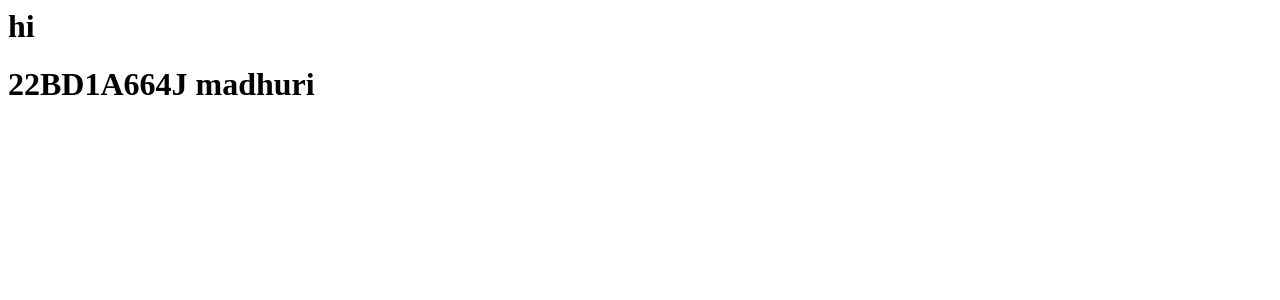
Repository: dronamadhuri/demo-project-maven2
Page: http://localhost/web-project/
The author's editor kept a copy of each file at every save. The page is drawn from the files as they stood at one save, then again after a run of saves.
The browser window is 1280 px wide. The pictures show the whole page.
The page is served by Tomcat 9.

Above is the page before, as saved 2024-11-20 10:45:44.

### web-project/src/main/webapp/index.jsp
<html>
<head>
<title>ti is me</title>
</head>
<body>
<h1>hi </h1>
<h1>22BD1A664J madhuri</h1>
</body>
</html>

After the next 2 saves:
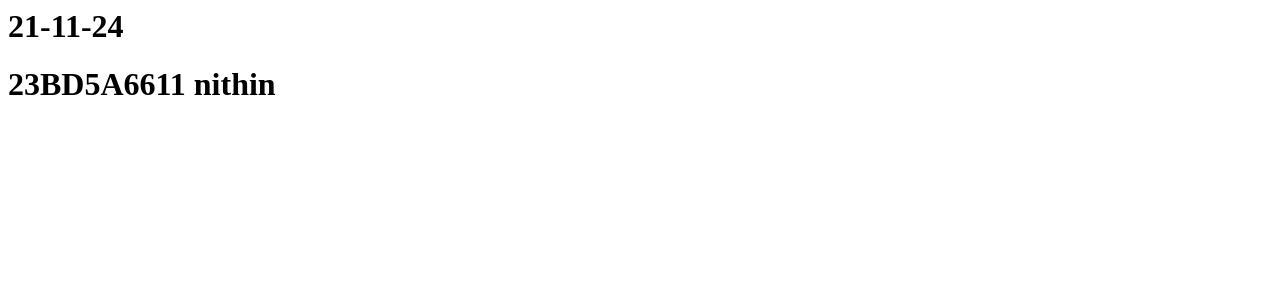
The 2 saves are shown as one change because they came seconds apart.
The last was saved 18 h 55 min later.
--- a/web-project/src/main/webapp/index.jsp
+++ b/web-project/src/main/webapp/index.jsp
@@ -1,9 +1,9 @@
 <html>
 <head>
-<title>ti is me</title>
+<title>it is me</title>
 </head>
 <body>
-<h1>hi </h1>
-<h1>22BD1A664J madhuri</h1>
+<h1>21-11-24 </h1>
+<h1>23BD5A6611 nithin</h1>
 </body>
 </html>
